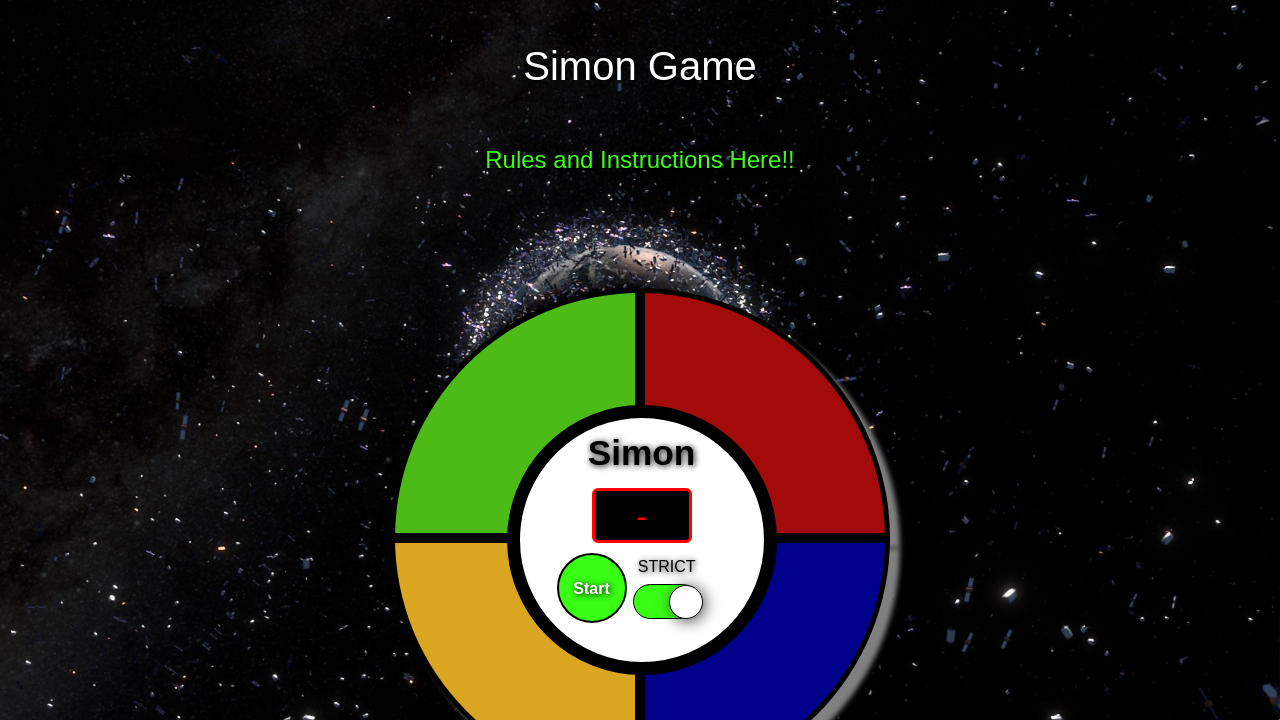
Repository: cgaynor91/Simon-Memory-Game
Page: index.html
The author's editor kept a record of every edit. The page is drawn from the files as they stood at one moment, then again after the next edit.
The browser window is 1280 px wide. The pictures show the whole page.
An inner scrolling area shows only its first screen. Some web fonts or font styles are not loaded; a fallback is used.

Above is the page before.

After the next edit:
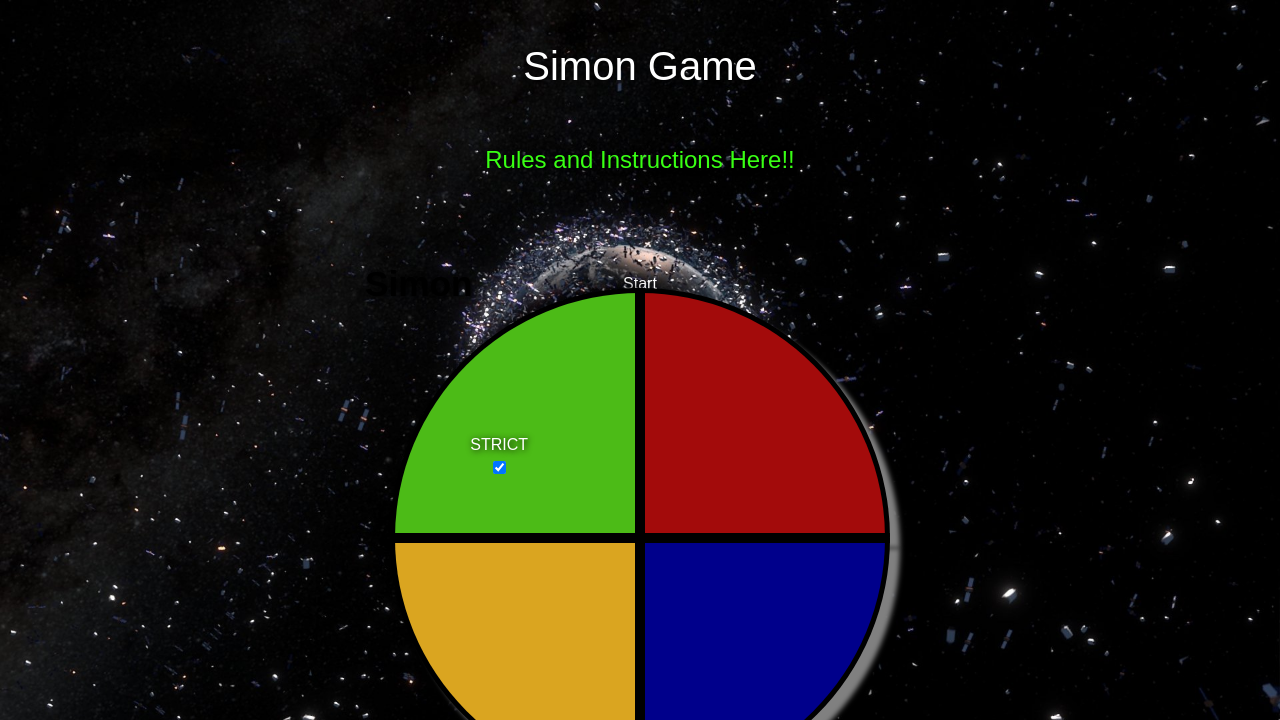
The edit:
--- a/assets/css/style.css
+++ b/assets/css/style.css
@@ -177,103 +177,3 @@
   -moz-box-sizing: border-box;
   -webkit-box-sizing: border-box;
 }
-
-/* Controls */
-
-
-.inner-circle {
-  display: -webkit-box;
-  display: -ms-flexbox;
-  display: flex;
-  -webkit-box-pack: center;
-  -ms-flex-pack: center;
-  justify-content: center;
-  position: absolute;
-  background-color: #fff;
-  top: 27%;
-  left: 27%;
-  width: 46vw;
-  height: 46vw;
-  max-width: 270px;
-  max-height: 270px;
-  border: solid 13px #000;
-  border-radius: 50%;
-  line-height: 50px;
-  box-sizing: border-box;
-  -moz-box-sizing: border-box;
-  -webkit-box-sizing: border-box;
-}
-
-
-#turn {
-  position: absolute;
-  top: 70px;
-  max-width: 100px;
-  max-height: 55px;
-  color: #ff0000;
-  background-color: #000;
-  width: 39vw;
-  height: 11vw;
-  margin: auto;
-  border: solid 3px #ff0000;
-  border-radius: 6px;
-  font-size: 2em;
-}
-
-.start-button {
-    float: left;
-    margin-right: 100px;
-    margin-top: 135px;
-    padding: 10px;
-    line-height: 3em;
-    font-weight: bold;
-    background-color: #39ff14;
-    height: 70px;
-    width: 70px;
-    border-radius: 50%;
-    border: solid 2px #000;
-}
-
-.start-button:active {
-  background-color: #ccff00;
-}
-
-.strict-switch {
-  margin-top: 17px;
-}
-
-.strict-label {
-  color: #000;
-}
-
-input[type="checkbox"] {
-  position: relative;
-  width: 67px;
-  height: 35px;
-  -webkit-appearance: none;
-  -moz-appearance: none;
-  -o-appearance: none;
-  appearance: none;
-  background: #3e8231;
-  border: solid 1px #000;
-  border-radius: 25vw;
-}
-
-input:checked[type="checkbox"] {
-  background-color: #39ff14;
-}
-
-input[type="checkbox"]:before {
-  content: "";
-  position: absolute;
-  height: 34px;
-  width: 34px;
-  border-radius: 50%;
-  border: solid .5px #000;
-  background-color: #fff;
-  box-shadow: 2px 2px 15px #444;
-}
-
-input:checked[type="checkbox"]:before {
-  left: 35px;
-}

After the edit that followed:
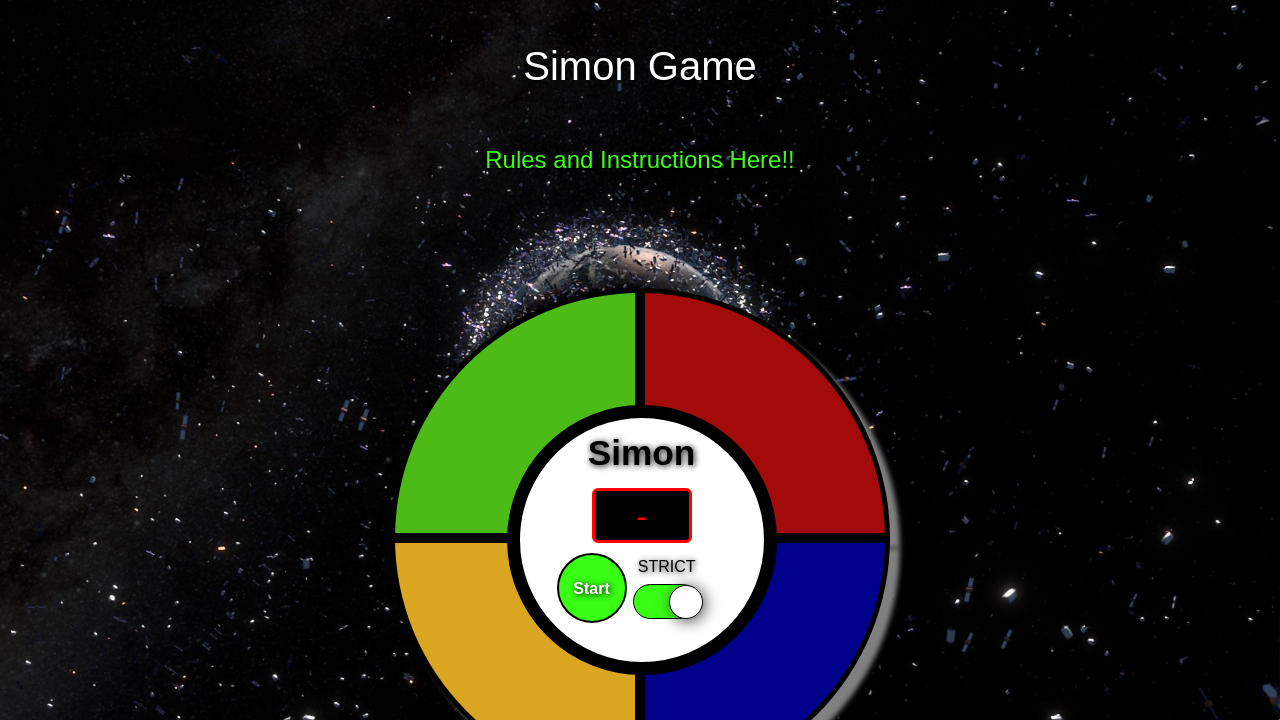
The edit:
--- a/assets/css/style.css
+++ b/assets/css/style.css
@@ -89,6 +89,108 @@
   color: #fff;
 }
 
+
+/* Controls */
+
+
+.inner-circle {
+  display: -webkit-box;
+  display: -ms-flexbox;
+  display: flex;
+  -webkit-box-pack: center;
+  -ms-flex-pack: center;
+  justify-content: center;
+  position: absolute;
+  background-color: #fff;
+  top: 27%;
+  left: 27%;
+  width: 46vw;
+  height: 46vw;
+  max-width: 270px;
+  max-height: 270px;
+  border: solid 13px #000;
+  border-radius: 50%;
+  line-height: 50px;
+  box-sizing: border-box;
+  -moz-box-sizing: border-box;
+  -webkit-box-sizing: border-box;
+}
+
+
+#turn {
+  position: absolute;
+  top: 70px;
+  max-width: 100px;
+  max-height: 55px;
+  color: #ff0000;
+  background-color: #000;
+  width: 39vw;
+  height: 11vw;
+  margin: auto;
+  border: solid 3px #ff0000;
+  border-radius: 6px;
+  font-size: 2em;
+}
+
+.start-button {
+    float: left;
+    margin-right: 100px;
+    margin-top: 135px;
+    padding: 10px;
+    line-height: 3em;
+    font-weight: bold;
+    background-color: #39ff14;
+    height: 70px;
+    width: 70px;
+    border-radius: 50%;
+    border: solid 2px #000;
+}
+
+.start-button:active {
+  background-color: #ccff00;
+}
+
+.strict-switch {
+  margin-top: 17px;
+}
+
+.strict-label {
+  color: #000;
+}
+
+input[type="checkbox"] {
+  position: relative;
+  width: 67px;
+  height: 35px;
+  -webkit-appearance: none;
+  -moz-appearance: none;
+  -o-appearance: none;
+  appearance: none;
+  background: #3e8231;
+  border: solid 1px #000;
+  border-radius: 25vw;
+}
+
+input:checked[type="checkbox"] {
+  background-color: #39ff14;
+}
+
+input[type="checkbox"]:before {
+  content: "";
+  position: absolute;
+  height: 34px;
+  width: 34px;
+  border-radius: 50%;
+  border: solid .5px #000;
+  background-color: #fff;
+  box-shadow: 2px 2px 15px #444;
+}
+
+input:checked[type="checkbox"]:before {
+  left: 35px;
+}
+
+
 /* Simon Board Pad Colours */
 
 .pad {
